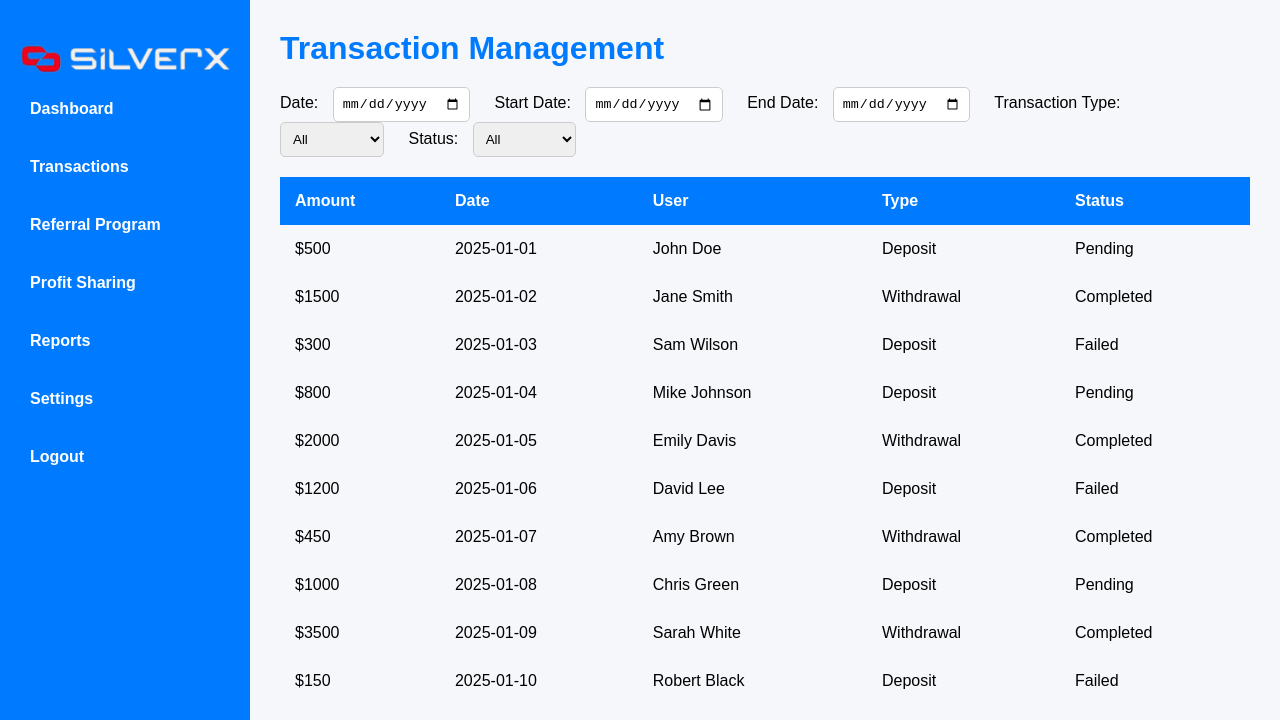
Repository: 2025silverx/slivedrX
Page: index2.html
These files come from the project's save history. The page is drawn as it stood at one moment and after the next save; the edit follows.
The browser window is 1280 px wide. The pictures show the whole page.
An inner scrolling area shows only its first screen.

Above is the page before, as saved 2025-01-19 20:21:20.

### index2.html
<!DOCTYPE html>
<html lang="en">
<head>
    <meta charset="UTF-8">
    <meta name="viewport" content="width=device-width, initial-scale=1.0">
    <title>Transaction Management - Admin Panel</title>
    <link rel="stylesheet" href="style2.css">
</head>
<body>
    <div id="sidebar-container">
        <div class="sidebar">
            <img src="images/logo.png" alt="Sidebar Logo" class="sidebar-logo">
            <ul class="sidebar-links">
                <li><a href="index.html" class="sidebar-link" data-target="dashboard">Dashboard</a></li>
                <li><a href="index2.html" class="sidebar-link" data-target="transactions">Transactions</a></li>
                <li><a href="indesx3.html" class="sidebar-link" data-target="reports">Referral Program</a></li>
                <li><a href="index4.html" class="sidebar-link" data-target="users">Profit Sharing</a></li>
                <li><a href="index5.html" class="sidebar-link" data-target="reports">Reports</a></li>
                <li><a href="setting.html" class="sidebar-link" data-target="settings">Settings</a></li>
                <li><a href="login.html" class="sidebar-link" data-target="logout">Logout</a></li>
            </ul>
        </div>
    </div>
    <div class="main-content">
        <h1>Transaction Management</h1>
        <div class="filters">
            <label>Date: </label>
            <input type="date" id="dateFilter">
            <label>Start Date: </label>
            <input type="date" id="startDateFilter">
            <label>End Date: </label>
            <input type="date" id="endDateFilter">
            <label>Transaction Type: </label>
            <select id="typeFilter">
                <option value="all">All</option>
                <option value="deposit">Deposit</option>
                <option value="withdrawal">Withdrawal</option>
            </select>
            <label>Status: </label>
            <select id="statusFilter">
                <option value="all">All</option>
                <option value="pending">Pending</option>
                <option value="completed">Completed</option>
                <option value="failed">Failed</option>
            </select>
        </div>

        <table>
            <thead>
                <tr>
                    <th>Amount</th>
                    <th>Date</th>
                    <th>User</th>
                    <th>Type</th>
                    <th>Status</th>
                </tr>
            </thead>
            <tbody id="transactionTable">
                <tr class="pending">
                    <td>$500</td>
                    <td>2025-01-01</td>
                    <td>John Doe</td>
                    <td>Deposit</td>
                    <td>Pending</td>
                </tr>
                <tr class="completed">
                    <td>$1500</td>
                    <td>2025-01-02</td>
                    <td>Jane Smith</td>
                    <td>Withdrawal</td>
                    <td>Completed</td>
                </tr>
                <tr class="failed">
                    <td>$300</td>
                    <td>2025-01-03</td>
                    <td>Sam Wilson</td>
                    <td>Deposit</td>
                    <td>Failed</td>
                </tr>
                <tr class="pending">
                    <td>$800</td>
                    <td>2025-01-04</td>
                    <td>Mike Johnson</td>
                    <td>Deposit</td>
                    <td>Pending</td>
                </tr>
                <tr class="completed">
                    <td>$2000</td>
                    <td>2025-01-05</td>
                    <td>Emily Davis</td>
                    <td>Withdrawal</td>
                    <td>Completed</td>
                </tr>
                <tr class="failed">
                    <td>$1200</td>
                    <td>2025-01-06</td>
                    <td>David Lee</td>
                    <td>Deposit</td>
                    <td>Failed</td>
                </tr>
                <tr class="completed">
                    <td>$450</td>
                    <td>2025-01-07</td>
                    <td>Amy Brown</td>
                    <td>Withdrawal</td>
                    <td>Completed</td>
                </tr>
                <tr class="pending">
                    <td>$1000</td>
                    <td>2025-01-08</td>
                    <td>Chris Green</td>
                    <td>Deposit</td>
                    <td>Pending</td>
                </tr>
                <tr class="completed">
                    <td>$3500</td>
                    <td>2025-01-09</td>
                    <td>Sarah White</td>
                    <td>Withdrawal</td>
                    <td>Completed</td>
                </tr>
                <tr class="failed">
                    <td>$150</td>
                    <td>2025-01-10</td>
                    <td>Robert Black</td>
                    <td>Deposit</td>
                    <td>Failed</td>
                </tr>
                <tr class="completed">
                    <td>$5000</td>
                    <td>2025-01-11</td>
                    <td>Jessica Blue</td>
                    <td>Withdrawal</td>
                    <td>Completed</td>
                </tr>
                <tr class="pending">
                    <td>$250</td>
                    <td>2025-01-12</td>
                    <td>Matthew Gray</td>
                    <td>Deposit</td>
                    <td>Pending</td>
                </tr>
                <tr class="failed">
                    <td>$1800</td>
                    <td>2025-01-13</td>
                    <td>Olivia Red</td>
                    <td>Withdrawal</td>
                    <td>Failed</td>
                </tr>
            </tbody>
        </table>
    </div>

    <script src="script2.js"></script>
</body>
</html>

### style2.css
/* Reset some default styles */
* {
    margin: 0;
    padding: 0;
    box-sizing: border-box;
}

/* Body and container styles */
body {
    font-family: Arial, sans-serif;
    display: flex;
    height: 100vh;
    background-color: #f5f7fa;
}
/* Sidebar styles */
.sidebar {
    width: 250px;
    background-color: #007bff;
    color: white;
    padding: 20px;
    display: flex;
    flex-direction: column;
    position: sticky;
    top: 0;
    height: 100vh;
    /* Remove any margin or padding at the side */
    margin-right: 0;
}

/* Sidebar heading */
.sidebar h2 {
    margin-bottom: 20px;
    text-align: center;
}

/* Sidebar links */
.sidebar-links {
    list-style: none;
}

.sidebar-links li {
    margin-bottom: 20px; /* Increased margin for better spacing */
}

.sidebar-links a {
    text-decoration: none;
    color: white;
    font-weight: bold;
    display: block;
    padding: 10px;
    font-size: 16px;
    transition: color 0.3s ease;
}

.sidebar-links a:hover {
    color: #f0f0f0; /* Light gray on hover */
}

.sidebar-links a:active {
    color: #ff6347; /* Red color on click */
}
/* Main content area */
.main-content {
    flex: 1;
    padding: 30px;
    overflow-y: auto;
}

h1 {
    color: #007bff;
    margin-bottom: 20px;
}

/* Filters styles */
.filters {
    margin-bottom: 20px;
}

.filters label {
    margin-right: 10px;
}

.filters input,
.filters select {
    padding: 8px;
    margin-right: 20px;
    border-radius: 5px;
    border: 1px solid #ccc;
}

/* Table styles */
table {
    width: 100%;
    border-collapse: collapse;
    margin-top: 20px;
}

th, td {
    padding: 15px;
    text-align: left;
}

th {
    background-color: #007bff;
    color: white;
}

td {
    background-color: #f5f7fa;
}

td.pending {
    background-color: #fff3cd;
}

td.completed {
    background-color: #d4edda;
}

td.failed {
    background-color: #f8d7da;
}

/* Responsive styles */
@media (max-width: 768px) {
    .sidebar {
        width: 200px;
    }

    .main-content {
        padding: 20px;
    }

    table {
        font-size: 14px;
    }

    th, td {
        padding: 10px;
    }
}

@media (max-width: 480px) {
    .sidebar {
        width: 100%;
        position: static;
    }

    .main-content {
        margin-top: 20px;
    }

    table {
        font-size: 12px;
    }
}

### script2.js
// Function to apply the filters to the table rows
function filterTransactions() {
    const dateFilter = document.getElementById("dateFilter").value;
    const typeFilter = document.getElementById("typeFilter").value;
    const statusFilter = document.getElementById("statusFilter").value;
    const rows = document.querySelectorAll("#transactionTable tr");

    rows.forEach(row => {
        const date = row.cells[1].innerText;
        const type = row.cells[3].innerText.toLowerCase();
        const status = row.cells[4].innerText.toLowerCase();

        let isVisible = true;

        // Apply Date filter
        if (dateFilter && date !== dateFilter) {
            isVisible = false;
        }

        // Apply Type filter
        if (typeFilter !== "all" && type !== typeFilter) {
            isVisible = false;
        }

        // Apply Status filter
        if (statusFilter !== "all" && status !== statusFilter) {
            isVisible = false;
        }

        // Show or hide the row based on the filters
        if (isVisible) {
            row.style.display = "";
        } else {
            row.style.display = "none";
        }
    });
}

// Event listeners for filters
document.getElementById("dateFilter").addEventListener("input", filterTransactions);
document.getElementById("typeFilter").addEventListener("change", filterTransactions);
document.getElementById("statusFilter").addEventListener("change", filterTransactions);

// Initial call to filter transactions based on the current filter settings
filterTransactions();

After the next save:
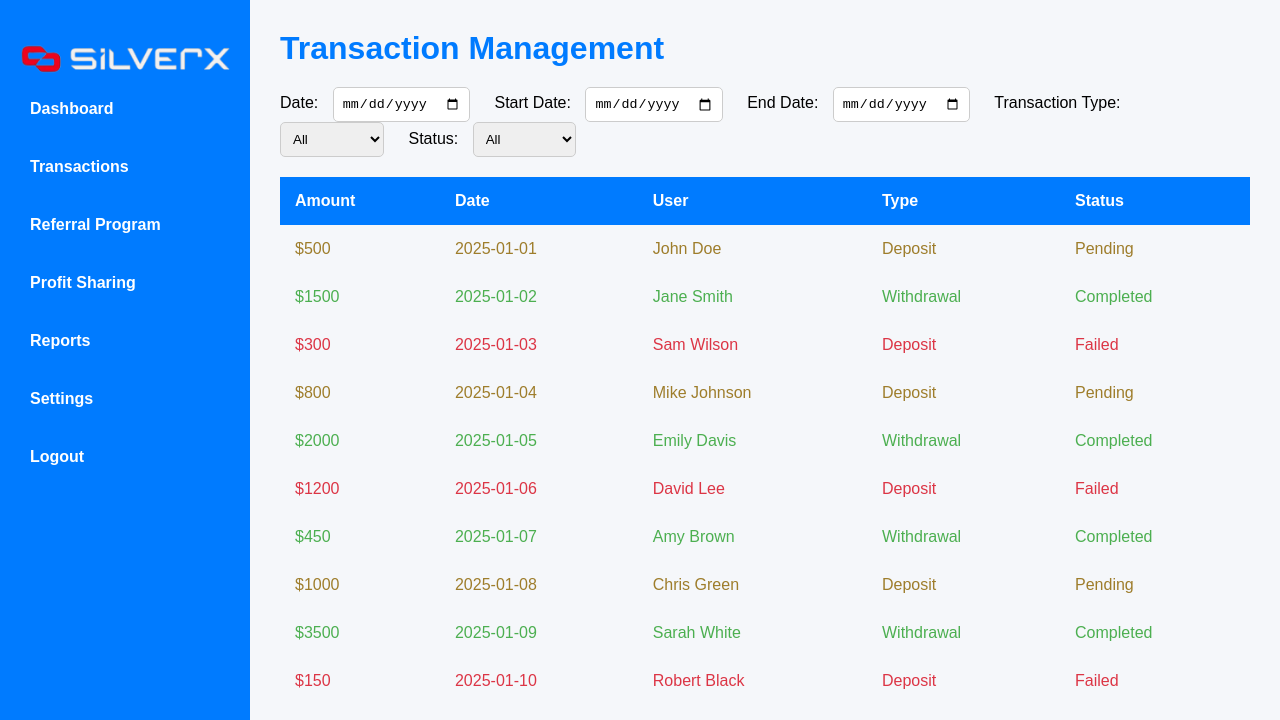
Saved 100 s later.
--- a/style2.css
+++ b/style2.css
@@ -154,3 +154,18 @@ td.failed {
         font-size: 12px;
     }
 }
+/* Status color coding */
+.pending {
+    background-color: #f4e3b2;  /* Light yellow */
+    color: #9e7d2b;  /* Dark yellow */
+}
+
+.completed {
+    background-color: #b3f2b5;  /* Light green */
+    color: #4caf50;  /* Dark green */
+}
+
+.failed {
+    background-color: #f8d7da;  /* Light red */
+    color: #dc3545;  /* Dark red */
+}
